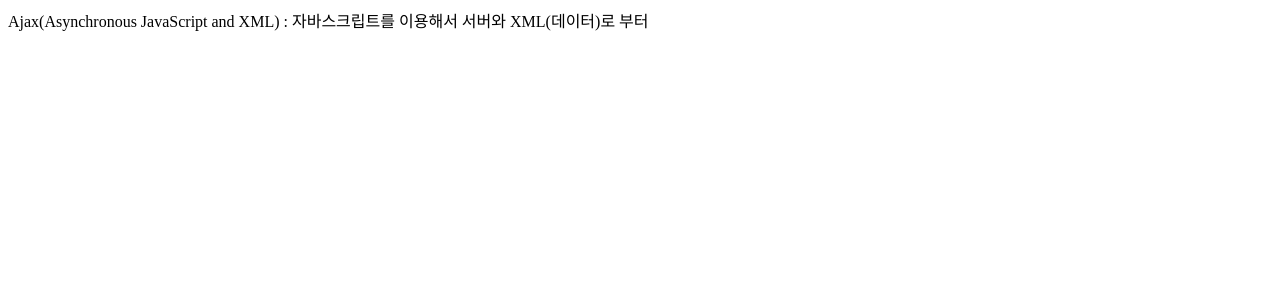
Repository: Shinhan1/shinhan
Page: http://localhost/web_goott/w20200320/ajaxEx04.jsp
These files come from the project's save history. The page is drawn as it stood at one moment and after the next save; the edit follows.
The browser window is 1280 px wide. The pictures show the whole page.
The page is served by Tomcat 9. Other server files are loaded and not shown.

Above is the page before, as saved 2020-03-20 07:08:38.

### web_goott/WebContent/w20200320/ajaxEx04.jsp
<%@ page language="java" contentType="text/html; charset=UTF-8"
    pageEncoding="UTF-8"%>
<!DOCTYPE html>
<html>
<head>
<meta charset="UTF-8">
<title>ajaxEx04.jsp</title>
</head>
<body>
	Ajax(Asynchronous JavaScript and XML)

	: 자바스크립트를 이용해서 서버와 XML(데이터)로 부터


</body>
</html>

After the next save:
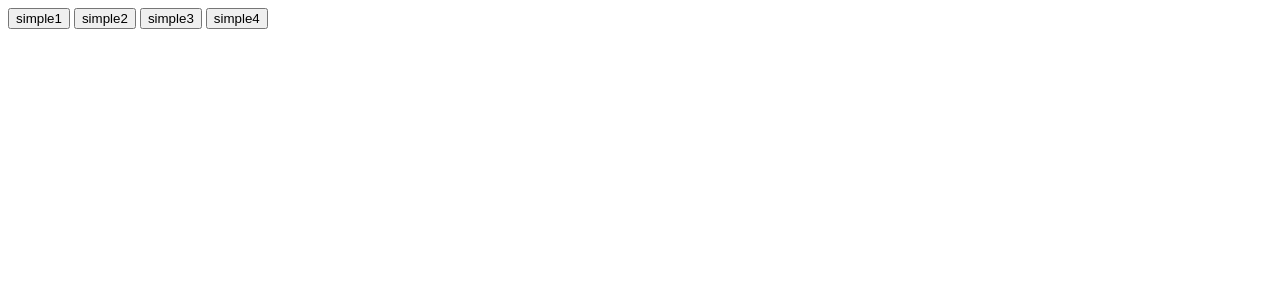
Saved 3 min 10 s later.
--- a/web_goott/WebContent/w20200320/ajaxEx04.jsp
+++ b/web_goott/WebContent/w20200320/ajaxEx04.jsp
@@ -7,10 +7,15 @@
 <title>ajaxEx04.jsp</title>
 </head>
 <body>
-	Ajax(Asynchronous JavaScript and XML)
+	<!-- Ajax(Asynchronous JavaScript and XML)
 
-	: 자바스크립트를 이용해서 서버와 XML(데이터)로 부터
+	: 자바스크립트를 이용해서 서버와 XML(데이터)로 부터 데이터를 추출하여
+	    웹페이지 전체 갱신없이 부분적으로 갱신하여 출력할 수 있도록 하는 기술 -->
 
+	<input type="button" value="simple1" onclick="load('simple1.txt')" />
+	<input type="button" value="simple2" onclick="load('simple2.jsp')" />
+	<input type="button" value="simple3" onclick="load('simple3.txt')" />
+	<input type="button" value="simple4" onclick="load('simple4.jsp')" />
 
 </body>
 </html>
